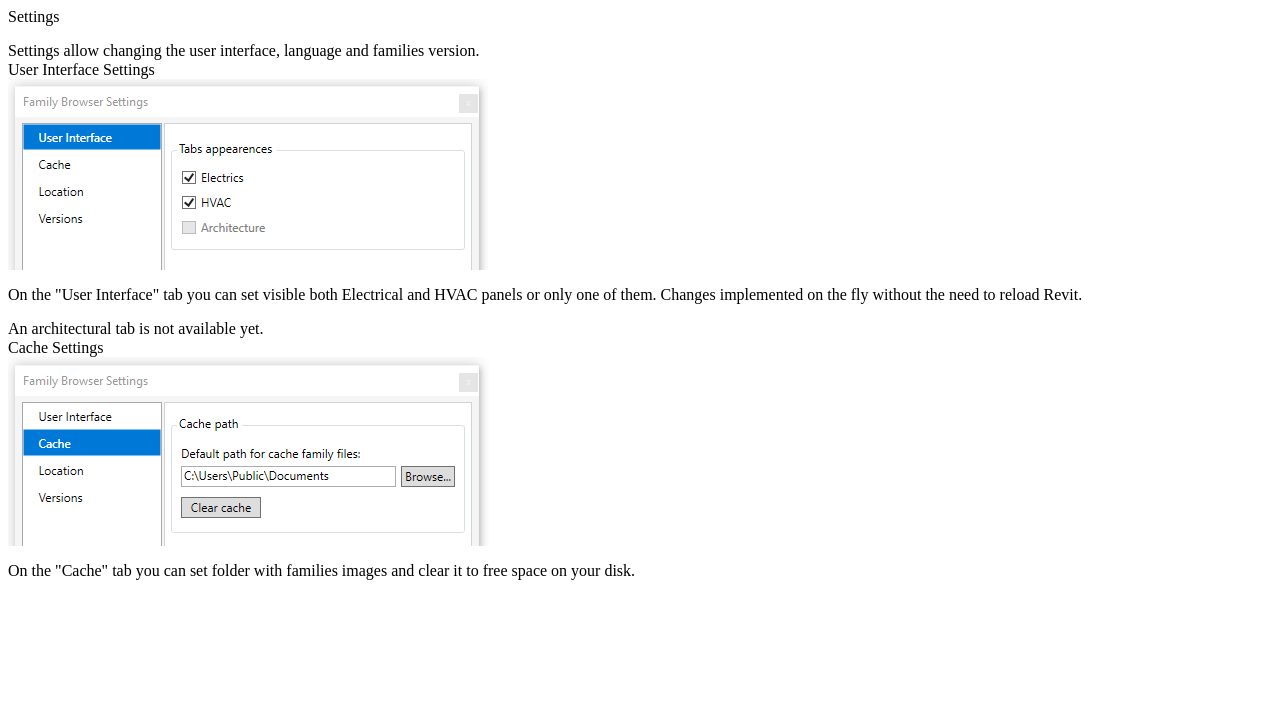
Repository: RomanLavrov/FamilyBrowserUserGuide
Page: http://localhost/FamilyBrowser/application/views/en/settings_view.php
These files come from the project's save history. The page is drawn as it stood at one moment and after the next save; the edit follows.
The browser window is 1280 px wide. The pictures show the whole page.
The page is run by PHP 8.4 with error messages shown; the project is at /var/www/html/.

Above is the page before, as saved 2019-10-23 15:52:07.

After the next save:
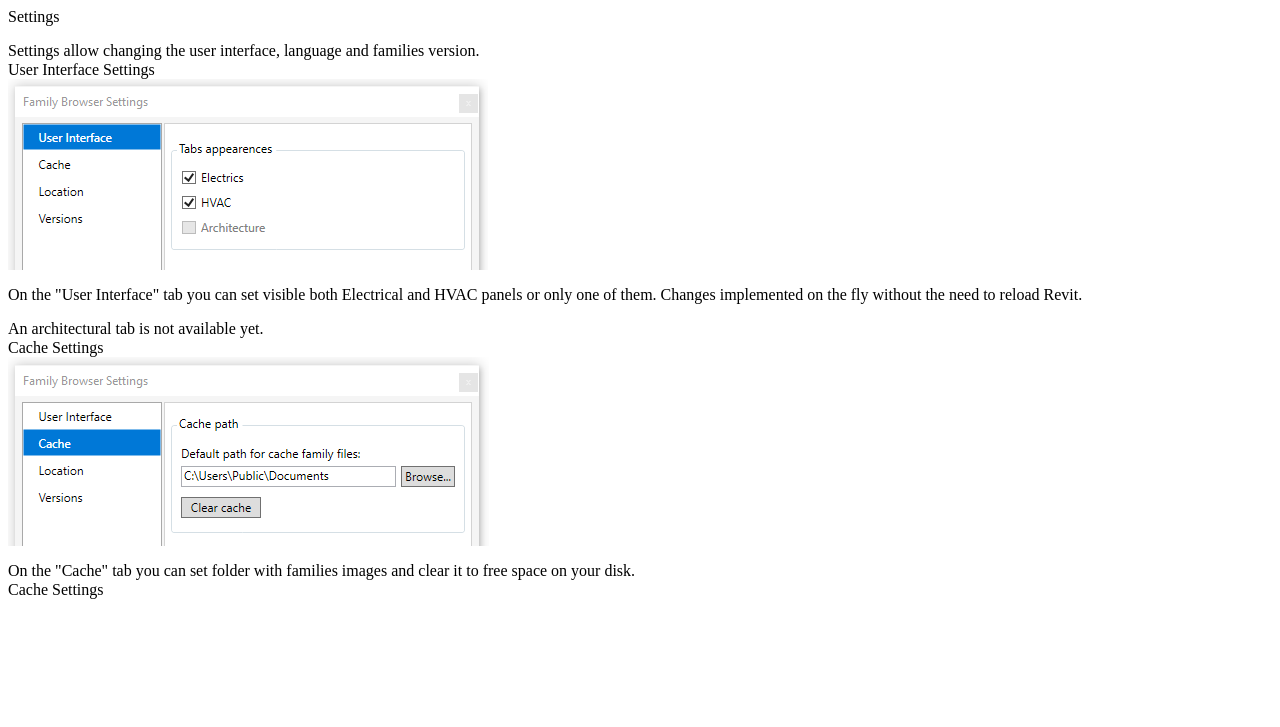
Saved 45 s later.
--- a/FamilyBrowser/application/views/en/settings_view.php
+++ b/FamilyBrowser/application/views/en/settings_view.php
@@ -33,3 +33,6 @@
             </div>
       </div>
 </div>
+
+<div class="article-header">Cache Settings</div>
+<div class="article-content" style="margin-bottom:-15px;">
